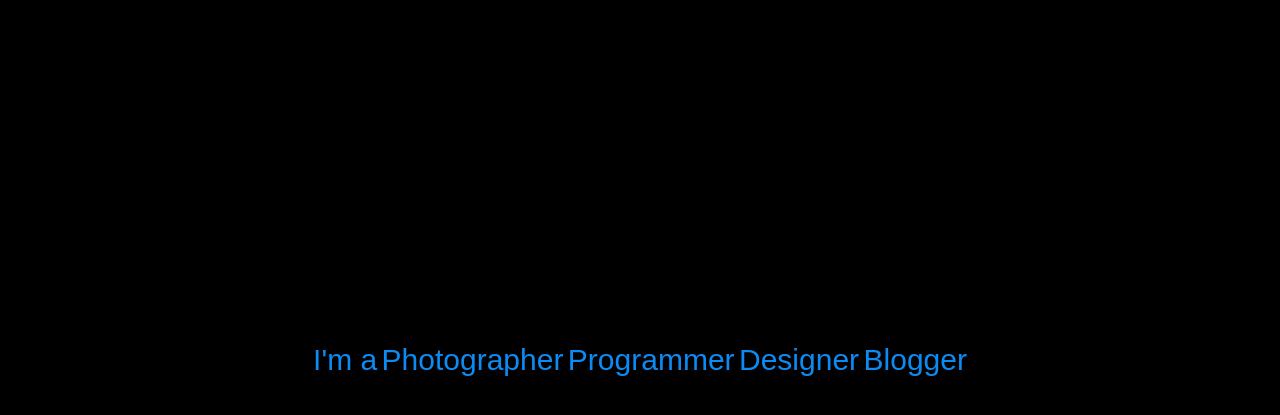
Repository: DevMike1993/Animations_HTML_CSS_JAVASCRIPT
Page: 01_Type_Text_Animation/index.html
These files come from the project's save history. The page is drawn as it stood at one moment and after the next save; the edit follows.
The browser window is 1280 px wide. The pictures show the whole page.

Above is the page before, as saved 2023-12-03 17:44:18.

### 01_Type_Text_Animation/index.html
<!DOCTYPE html>
<html lang="en">
<head>
    <meta charset="UTF-8">
    <meta name="viewport" content="width=device-width, initial-scale=1.0">
    <link rel="stylesheet" href="style.css">
    <title>Type Text Animation</title>
</head>
<body>
    <div class="container">
        <span class="text first-text">I'm a</span>
        <span class="text second-text">Photographer</span>
        <span class="text third-text">Programmer</span>
        <span class="text fourth-text">Designer</span>
        <span class="text fifth-text">Blogger</span>
    </div>
</body>
</html>

### 01_Type_Text_Animation/style.css
* {
    margin: 0;
    padding: 0;
    box-sizing: border-box;
    font-family: "Montserrat", sans-serif;
    /* color: rgb(11, 139, 243); */
}

body {
    min-height: 100vh;
    display: flex;
    align-items: center;
    justify-content: center;
    background: #000;
}

.container .text {
    position: relative;
    color: rgb(11, 139, 243);
    font-size: 30px;
    font
}

After the next save:
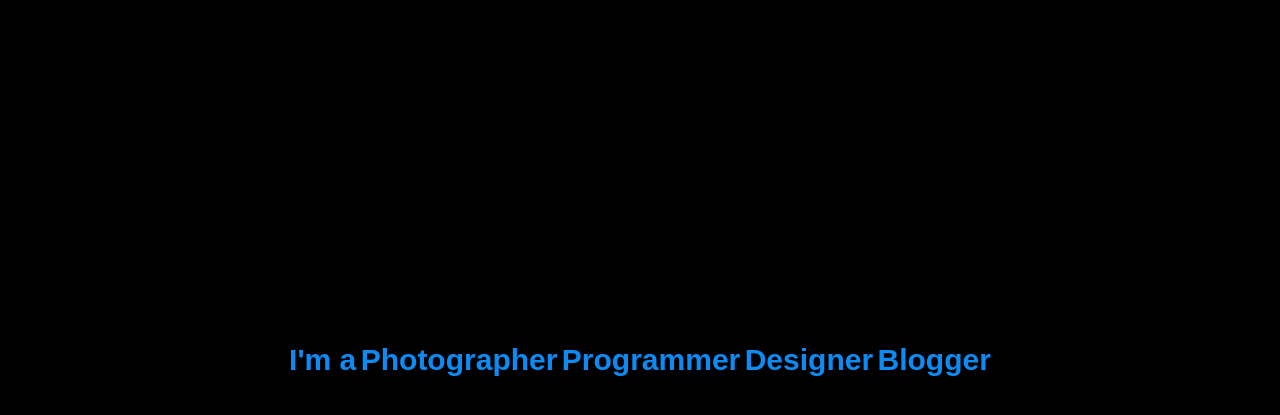
Saved 3 s later.
--- a/01_Type_Text_Animation/style.css
+++ b/01_Type_Text_Animation/style.css
@@ -18,5 +18,5 @@
     position: relative;
     color: rgb(11, 139, 243);
     font-size: 30px;
-    font
+    font-weight: 600;
 }
